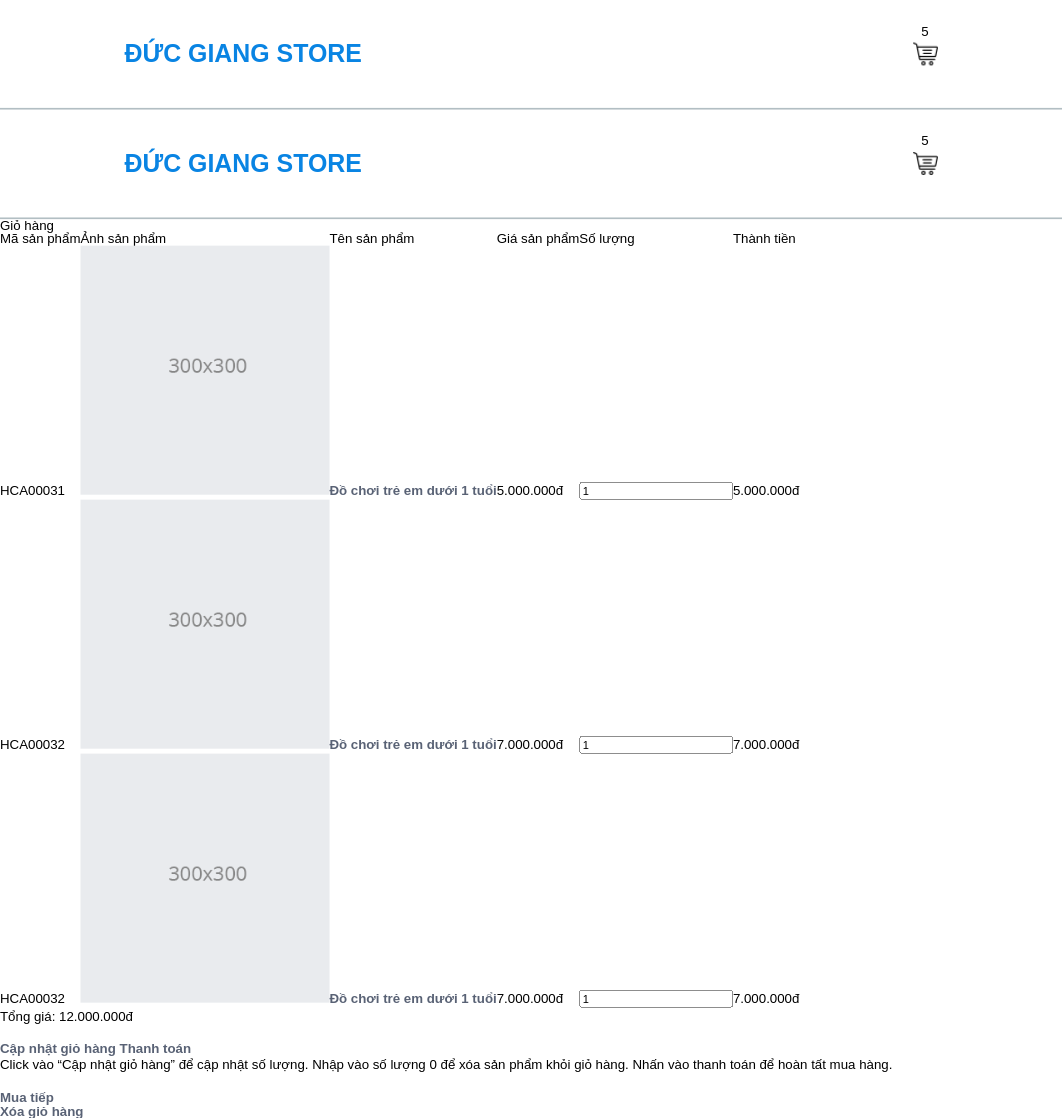
Repository: Giangattt123/PHP
Page: http://localhost/?mod=cart&act=show
The author's editor kept a copy of each file at every save. The page is drawn from the files as they stood at one save, then again after the next save.
The browser window is 1280 px wide. The pictures show the whole page, at 83% of full size.
Some icons come from a web library that is not loaded, so they are not drawn. Some web libraries are served in a nearby version. The page is run by PHP 8.4 with error messages shown; the project is at /var/www/html/.

Above is the page before, as saved 2023-03-21 15:22:15.
Console error: TypeError: Cannot read properties of null (reading 'addEventListener')

### PHP_Shopping-Cart/Shopping_Cart/index.php
<?php
    session_start();
    ob_start();
    require 'data/page.php';
    require 'data/product.php';
    require 'lib/template.php';
    require 'lib/product.php';
    require 'lib/number.php';
    require 'lib/reuse.php';
    require 'lib/pages.php';
    require 'lib/cart.php';

    get_header();
?>
<?php
    $mod = !empty($_GET['mod']) ? $_GET['mod'] : 'home';
    $act = !empty($_GET['act']) ? $_GET['act'] : 'main';
    $path = "modules/{$mod}/{$act}.php";
    if(file_exists($path)){
        require $path;
    }else{

    }
?>
<?php

?>

### PHP_Shopping-Cart/Shopping_Cart/data/page.php
<?php
// Data page
$list_page = array(
    1 => array(
        'id' => 1,
        'page-title' => 'Giới thiệu',
        'create_at' => '08/03/2023' , // timestamp
        'page-content' =>"<p><strong> [Giới thiệu] </strong> Chào mừng đến với trang web bán laptop, PC của ĐỨC GIANG PC! Tại đây, chúng tôi cung cấp cho bạn một loạt các sản phẩm laptop PC chất lượng cao từ các thương hiệu hàng đầu trên thị trường. Chúng tôi cam kết mang đến cho bạn những sản phẩm chất lượng, giá cả hợp lý và dịch vụ chăm sóc khách hàng tốt nhất. Bạn có thể tìm thấy các sản phẩm từ các thương hiệu như Dell, HP, Asus, Lenovo và nhiều hơn nữa. Hãy truy cập trang web của chúng tôi và mua sắm ngay hôm nay để có được chiếc laptop PC tốt nhất cho nhu cầu của bạn. Cảm ơn đã ghé thăm trang web của chúng tôi!</p>"
    ),
    2 => array(
        'id' => 2,
        'page-title' => 'Liên hệ',
        'create_at' => '08/03/2023' , // timestamp
        'page-content' =>"<p><strong> [Liên hệ] </strong> Chúng tôi rất mong nhận được sự phản hồi từ bạn! Nếu bạn có bất kỳ câu hỏi, yêu cầu hoặc góp ý nào, xin vui lòng liên hệ với chúng tôi thông qua trang liên hệ của ĐỨC GIANG PC. Chúng tôi sẵn sàng trợ giúp bạn trong mọi vấn đề liên quan đến sản phẩm. Bạn có thể liên hệ với chúng tôi qua email, điện thoại hoặc mẫu liên hệ trực tuyến. Chúng tôi luôn sẵn sàng lắng nghe và giải quyết mọi thắc mắc của bạn, liên tục cải thiện trang web của mình và cung cấp cho bạn trải nghiệm tốt nhất có thể. Chân thành cảm ơn bạn đã quan tâm đến trang web của ĐỨC GIANG PC và hy vọng sớm nhận được thông tin từ bạn!</p>",
    )
)
?>

### PHP_Shopping-Cart/Shopping_Cart/data/product.php
<?php
#Danh mục
$list_product_cat = array(
    1 => array(
        'id' => 1,
        'cat_title' => "Điện thoại",
    ),
    2 => array(
        'id' => 2,
        'cat_title' => "Laptop",
    ),
);
#Dữ liệu sản phẩm
$list_product = array(
    1 => array(
        'id' => 1,
        'product_title' =>  'iPhone 13 256GB',
        'price' => 19990000,
        'code' => 'UNI#1',
        'product_desc' => 'Apple thỏa mãn sự chờ đón của iFan và người dùng với sự ra mắt của iPhone 13.',
        'product_thumb' => 'https://img.tgdd.vn/imgt/f_webp,fit_outside,quality_100/https://cdn.tgdd.vn/Products/Images/42/250258/iphone-13-starlight-1-600x600.jpg',
        'product_content' => "<p>Bộ vi xử lý Apple A15 mới gia tăng tốc độ CPU tới 50% và GPU đồ họa nhanh hơn 30% so với các đối thủ cạnh tranh trong cùng phân khúc, giúp iPhone 13 thể hiện sức mạnh khả năng xử lý ấn tượng hơn, mượt mà trên mọi tác vụ.</p><p><img src='https://cdn.tgdd.vn/Products/Images/42/250258/iphone-13-256gb-2.jpg'></p>",
        'cat_id' => 1,
    ),
    2 => array(
        'id' => 2,
        'product_title' =>  'iPhone 14 256GB',
        'price' => 22990000,
        'code' => 'UNI#2',
        'product_desc' => 'Mới đây thì tại sự kiện ra mắt sản phẩm mới thường niên đến từ nhà Apple thì chiếc điện thoại iPhone 14 256GB cũng đã chính thức lộ diện',
        'product_thumb' => 'https://img.tgdd.vn/imgt/f_webp,fit_outside,quality_100/https://cdn.tgdd.vn/Products/Images/42/289663/iPhone-14-plus-thumb-den-600x600.jpg',
        'product_content' => "<p>Được hoàn thiện với những vật liệu cao cấp khi mặt lưng làm từ kính cùng bộ khung nhôm chắc chắn, điều này làm cho chiếc máy của bạn trở nên sang trọng và đẳng cấp hơn.</p><p><img src='https://cdn.tgdd.vn/Products/Images/42/289663/iphone-14-256gb-080922-035413.jpg'></p>",
        'cat_id' => 1,
    ),
    3 => array(
        'id' => 3,
        'product_title' =>  'OPPO A57 128GB' ,
        'price' => 4590000,
        'code' => 'UNI#3',
        'product_desc' => 'OPPO đã bổ sung thêm vào dòng sản phẩm OPPO A giá rẻ một thiết bị mới có tên OPPO A57 128GB.',
        'product_thumb' => 'https://img.tgdd.vn/imgt/f_webp,fit_outside,quality_100/https://cdn.tgdd.vn/Products/Images/42/285082/oppo-a57-den-thumb-600x600.jpeg',
        'product_content' => "<p>Khác với mẫu A57 5G đã được ra mắt trước đó, điện thoại dòng A mới có màn hình HD+, camera chính 13 MP và pin 5000 mAh.</p><p><img src='https://cdn.tgdd.vn/Products/Images/42/282090/oppo-a57-4g-2_1280x720.jpg'></p>",
        'cat_id' => 1,
    ),
    4 => array(
        'id' => 4,
        'product_title' =>  'MacBook Pro 13',
        'price' => 30490000,
        'code' => 'UNI#4',
        'product_desc' => 'Đặc điểm nổi bật của MacBook Pro 13" 2020 Touch Bar M1 512GB',
        'product_thumb' => 'https://images.fpt.shop/unsafe/fit-in/214x214/filters:quality(90):fill(white)/fptshop.com.vn/Uploads/Originals/2022/6/7/637901935364438149_macbook-pro-m2-2022-xam-dd.jpg',
        'product_content' => "<p> MacBook Pro M1 13 inch 2020 Touch Bar mới với bộ vi xử lý Apple M1 cho bạn hiệu suất và thời lượng pin tuyệt vời nhất từ trước đến nay, mang đến hiệu năng chuyên nghiệp để hoàn thành những công việc chuyên nghiệp.</p><p><img src='https://images.fpt.shop/unsafe/filters:quality(90)/fptshop.com.vn/Uploads/images/2015/Tin-Tuc/QuanLNH2/macbook-pro-13-m1-1.jpg'></p>",
        'cat_id' => 2,
    ),
    5 => array(
        'id' => 5,
        'product_title' =>  'MacBook Pro 14',
        'price' => 52490000,
        'code' => 'UNI#5',
        'product_desc' => 'Đặc điểm nổi bật của MacBook Pro 14 2023 M2 Pro 10CPU 16GPU 16GB/512GB',
        'product_thumb' => 'https://images.fpt.shop/unsafe/fit-in/240x215/filters:quality(90):fill(white)/fptshop.com.vn/Uploads/Originals/2023/1/18/638096308244034700_macbook-pro-14-2023-m2-pro-10cpu-16gpu-bac-dd.jpg',
        'product_content' => "<p>Phiên bản chuyên nghiệp dành cho những người chuyên nghiệp, MacBook Pro 2023 14 inch với chip M2 Pro đem lại nguồn sức mạnh ấn tượng và vượt xa thế hệ cũ.</p><p><img src='https://fptshop.com.vn/Uploads/images/2015/Tin-Tuc/DuyLe/Android/Gionee/Macbook-pro-14-2023-m2-pro-3.jpg'></p>",
        'cat_id' => 2,
    ),
    6 => array(
        'id' => 6,
        'product_title' =>  'MacBook Pro 15',
        'price' => 65490000,
        'code' => 'UNI#6',
        'product_desc' => 'Đặc điểm nổi bật của MacBook Pro 16" 2021 M1 Pro Ram 32GB',
        'product_thumb' => 'https://images.fpt.shop/unsafe/fit-in/240x215/filters:quality(90):fill(white)/fptshop.com.vn/Uploads/Originals/2021/10/20/637703174146015116_macbook-pro-16-2021-xam-dd.jpg',
        'product_content' => "<p>MacBook Pro 16 inch 2021 chính là dòng máy tính xách tay mạnh nhất thế giới hiện nay với sức mạnh tối thượng từ bộ vi xử lý M1 Pro.</p><p><img src='https://fptshop.com.vn/Uploads/images/2015/Tin-Tuc/QuanLNH2/macbook-pro-16-real-life-2.jpg'></p>",
        'cat_id' => 2,
    ),
);

### PHP_Shopping-Cart/Shopping_Cart/lib/template.php
<?php
function get_header($version = ''){
    if(!empty($version)){
        $path_header = "inc/header-{$version}.php";
    }else{
        $path_header = "inc/header.php";
    }
    if(file_exists($path_header)){
        require $path_header;
    }else{
        echo "Không tồn tại đường dẫn {$path_header}";
    }
}
function get_footer($version = ''){
    if(!empty($version)){
        $path_footer = "inc/footer-{$version}.php";
    }else{
        $path_footer = "inc/footer.php";
    }
    if(file_exists($path_footer)){
        require $path_footer;
    }else{
        echo "Không tồn tại đường dẫn {$path_footer}";
    }

}
function get_sidebar(){
    require 'inc/sidebar.php';
}
?>

### PHP_Shopping-Cart/Shopping_Cart/lib/product.php
<?php
    function get_info_cat($cat_id){
        global $list_product_cat;
        if(array_key_exists($cat_id , $list_product_cat)){
            return $list_product_cat[$cat_id];
        }
        return false;
    }
    function get_list_product_by_cat_id($cat_id){
        global $list_product;
        // Mảng chứa ds sp theo cat_id
        $result = array();
        foreach($list_product as $item){
            if($item['cat_id'] == $cat_id){
                $item['url'] = "?mod=product&act=detail&id={$item['id']}";
                $result[] = $item;
            }
        }
        return $result;
    }
    function get_product_by_id($id){
        global $list_product;
        if(array_key_exists($id , $list_product)){
            $list_product[$id]['url_add_cart'] = "?mod=cart&act=add&id={$id}";
            return $list_product[$id];
        }
        return false;
    }
?>

### PHP_Shopping-Cart/Shopping_Cart/lib/number.php
<?php
// Viết hàm chuyển đổi giá tiền của một sản phẩm về đúng định dạng
// Tự xây dựng hàm và sử dụng hàm có sẵn
// Ví dụ 10450000 => 10.450.000
// Build-in function : number_format(number)
// return number_format($number).' '."VND";
// Build
    function currency_format_1($amount){
        $formattedAmount = "";
        $count = 0;
        while($amount > 0) {
            if($count == 3) {
                $formattedAmount = "," . $formattedAmount;
                $count = 0;
            }
            $formattedAmount = chr($amount % 10 + ord('0')) . $formattedAmount;
            $amount =  floor($amount / 10);
            $count++;
        }
        return (int) $formattedAmount;
        // Giang_Pentest
    }
    function currency_format($number){
        return number_format($number).' '."VND";
    }
    //echo currency_format_1();
    // $x = 1500000;
    // echo var_dump($x);
    // $x = 1234;
    // echo var_dump($x);
    // $y = $x / 10;
    // echo $y;
    // echo var_dump($y);
    // function currency_format($number){
    //     return number_format($number).' '."VND";
    // }

?>

### PHP_Shopping-Cart/Shopping_Cart/lib/reuse.php
<?php
     function show_array($data){
        if(is_array($data)){
            echo "<pre>";
            print_r($data);
            echo "</pre>";
        }
    }
?>

### PHP_Shopping-Cart/Shopping_Cart/lib/pages.php
<?php
    function get_page_by_id($id){
        global $list_page;
        if(array_key_exists($id , $list_page)){
            return $list_page[$id];
        }
        return false;
    }

    // function show_array($data){
    //     if(is_array($data)){
    //         echo "<pre>";
    //         print_r($data);
    //         echo "</pre>";
    //     }
    //}
?>

### PHP_Shopping-Cart/Shopping_Cart/lib/cart.php
<?php
    function add_cart($id){
        $item = get_product_by_id($id);
        $qty = 1;
        if(isset($_SESSION['cart']['buy']) && array_key_exists($id , $_SESSION['cart']['buy'])){
            $qty = $_SESSION['cart']['buy'][$id]['qty'] + 1;
        }
        $_SESSION['cart']['buy'][$id] = array(
            'id' => $item['id'],
            'product_title' => $item['product_title'],
            'price' => $item['price'],
            'product_thumb' => $item['product_thumb'],
            'code' => $item['code'],
            'qty' => $qty,
            'sub_total' => ($item['price'] * $qty)
        );// Cập nhật hóa đơn
        // show_array($_SESSION['cart']);
        update_info_cart();
    }

    function update_info_cart(){
        # Thông tin tổng kết của đơn hàng
        $num_order = 0;
        $total = 0;
        foreach($_SESSION['cart']['buy'] as $item){
            $num_order += $item['qty'];
            $total += $item['sub_total'];
        }
        $_SESSION['cart']['info'] = array(
            'num_order' => $num_order,
            'total' => $total
        );
    }
?>

### PHP_Shopping-Cart/Shopping_Cart/inc/header.php
<!DOCTYPE html>
<html lang="en">

<head>
    <meta charset="UTF-8">
    <meta http-equiv="X-UA-Compatible" content="IE=edge">
    <meta name="viewport" content="width=device-width, initial-scale=1.0">
    <title>ĐỨC GIANG STORE</title>
    <link rel="stylesheet" href="public/css/reset.css">
    <link rel="stylesheet" href="public/css/style.css">
    <link rel="stylesheet" href="https://cdnjs.cloudflare.com/ajax/libs/font-awesome/6.3.0/css/all.min.css"
        integrity="sha512-SzlrxWUlpfuzQ+pcUCosxcglQRNAq/DZjVsC0lE40xsADsfeQoEypE+enwcOiGjk/bSuGGKHEyjSoQ1zVisanQ=="
        crossorigin="anonymous" referrerpolicy="no-referrer" />
    <script src="public/js/main.js"></script>
</head>

<body>
    <div class="wrapper">
        <div class="wrapper-content">
            <div class="header">
                <div class="header-content">
                    <div class="item-left">
                        <a href="" class="logo">ĐỨC GIANG STORE</a>
                    </div>
                    <div class="item-right">
                        <div class="cart">
                            <a href="?mod=cart&act=show" class="cart-icon">
                                <img src="public/images/icon-cart.png" alt="Icon_Cart" class="icon-image">
                            </a>
                            <span class="cart-number">5</span>
                        </div>
                    </div>
                </div>
            </div>
            <!-- end header -->

### PHP_Shopping-Cart/Shopping_Cart/modules/cart/show.php
<!-- # File xử lí => Xem chi tiết sản phẩm -->
<?php
    get_header();
?>
<div id="main-content-wp" class="cart-page">
    <div class="section" id="breadcrumb-wp">
        <div class="wp-inner">
            <div class="section-detail">
                <h3 class="title">Giỏ hàng</h3>
            </div>
        </div>
    </div>
    <div id="wrapper" class="wp-inner clearfix">
        <div class="section" id="info-cart-wp">
            <div class="section-detail table-responsive">
                <table class="table">
                    <thead>
                        <tr>
                            <td>Mã sản phẩm</td>
                            <td>Ảnh sản phẩm</td>
                            <td>Tên sản phẩm</td>
                            <td>Giá sản phẩm</td>
                            <td>Số lượng</td>
                            <td colspan="2">Thành tiền</td>
                        </tr>
                    </thead>
                    <tbody>
                        <tr>
                            <td>HCA00031</td>
                            <td>
                                <a href="" title="" class="thumb">
                                    <img src="public/images/img-product.png" alt="">
                                </a>
                            </td>
                            <td>
                                <a href="" title="" class="name-product">Đồ chơi trẻ em dưới 1 tuổi</a>
                            </td>
                            <td>5.000.000đ</td>
                            <td>
                                <input type="text" name="num-order" value="1" class="num-order">
                            </td>
                            <td>5.000.000đ</td>
                            <td>
                                <a href="" title="" class="del-product"><i class="fa fa-trash-o"></i></a>
                            </td>
                        </tr>
                        <tr>
                            <td>HCA00032</td>
                            <td>
                                <a href="" title="" class="thumb">
                                    <img src="public/images/img-product.png" alt="">
                                </a>
                            </td>
                            <td>
                                <a href="" title="" class="name-product">Đồ chơi trẻ em dưới 1 tuổi</a>
                            </td>
                            <td>7.000.000đ</td>
                            <td>
                                <input type="text" name="num-order" value="1" class="num-order">
                            </td>
                            <td>7.000.000đ</td>
                            <td>
                                <a href="" title="" class="del-product"><i class="fa fa-trash-o"></i></a>
                            </td>
                        </tr>
                        <tr>
                            <td>HCA00032</td>
                            <td>
                                <a href="" title="" class="thumb">
                                    <img src="public/images/img-product.png" alt="">
                                </a>
                            </td>
                            <td>
                                <a href="" title="" class="name-product">Đồ chơi trẻ em dưới 1 tuổi</a>
                            </td>
                            <td>7.000.000đ</td>
                            <td>
                                <input type="text" name="num-order" value="1" class="num-order">
                            </td>
                            <td>7.000.000đ</td>
                            <td>
                                <a href="" title="" class="del-product"><i class="fa fa-trash-o"></i></a>
                            </td>
                        </tr>
                    </tbody>
                    <tfoot>
                        <tr>
                            <td colspan="7">
                                <div class="clearfix">
                                    <p id="total-price" class="fl-right">Tổng giá: <span>12.000.000đ</span></p>
                                </div>
                            </td>
                        </tr>
                        <tr>
                            <td colspan="7">
                                <div class="clearfix">
                                    <div class="fl-right">
                                        <a href="" title="" id="update-cart">Cập nhật giỏ hàng</a>
                                        <a href="?page=checkout" title="" id="checkout-cart">Thanh toán</a>
                                    </div>
                                </div>
                            </td>
                        </tr>
                    </tfoot>
                </table>
            </div>
        </div>
        <div class="section" id="action-cart-wp">
            <div class="section-detail">
                <p class="title">Click vào <span>“Cập nhật giỏ hàng”</span> để cập nhật số lượng. Nhập vào số lượng
                    <span>0</span> để xóa sản phẩm khỏi giỏ hàng. Nhấn vào thanh toán để hoàn tất mua hàng.
                </p>
                <a href="?page=home" title="" id="buy-more">Mua tiếp</a><br />
                <a href="" title="" id="delete-cart">Xóa giỏ hàng</a>
            </div>
        </div>
    </div>
</div>
<?php
    get_footer();
?>

### PHP_Shopping-Cart/Shopping_Cart/inc/footer.php
<div class="footer">

</div>
<!-- end footer -->
</div>
</div>


</body>

</html>

### PHP_Shopping-Cart/Shopping_Cart/public/css/style.css
* {
  box-sizing: border-box;
}
html {
  font-size: 62.5%;
}
body {
  font-family: "Poppins", sans-serif;
  font-size: 1.6rem;
  font-weight: normal;
}
img {
  display: block;
  max-width: 100%;
}
.header-content {
  display: flex;
  justify-content: space-between;
  margin-left: 150px;
  margin-right: 150px;
  padding: 50px 0px;
  /* border-bottom: 1px solid #f00; */
}
.item-left .logo {
  font-size: 3rem;
  color: #0984e3;
  font-weight: bold;
}
.cart {
  position: relative;
  display: flex;
  align-items: center;
}
.cart .cart-icon .icon-image {
  width: 30px;
  height: 30px;
}
.cart .cart-number {
  position: absolute;
  top: -20px;
  left: 10px;
}
.header {
  border-bottom: 2px solid #b2bec3;
}
.content-container {
  display: flex;
}
.menu-select {
  width: 18%;
  margin-left: 150px;
  font-size: 2rem;
  /* margin-top: 30px; */
  border-right: 2px solid #b2bec3;
  min-height: 100%;
}
.menu-content {
  width: 80%;
  margin-top: 30px;
  margin-left: 30px;
  margin-right: 150px;
}
.menu-select ul.menu li:not(:first-child) {
  margin-top: 15px;
  color: #0984e3;
}
.menu {
  margin-top: 30px;
}
a {
  color: #596275;
  font-weight: bold;
}
a.active:active,
a.active:focus {
  color: plum;
}
h3.section-title {
  font-size: 2rem;
  font-weight: bold;
  margin-bottom: 20px;
}
p.create-date {
  margin-bottom: 20px;
}
.contents-news {
  line-height: 1.4;
}
p,
p.section-desc,
p.price,
p.code,
p.desc_product {
  margin-bottom: 20px;
  line-height: 1.4;
}
ul.clearfix {
  display: flex;
}
li.fix {
  margin-right: 20px;
}
a.title_product {
  margin-top: 20px;
  display: block;
}
p.price {
  margin-top: 20px;
  color: #d63031;
}
.detail_product_head {
  display: flex;
}
p.code,
p.desc_product {
  font-weight: bold;
  font-size: 1.5rem;
}
.button {
  --color: #6a5af9;
  font-family: "Poppins", sans-serif;
  color: #000;
  padding: 15px 30px;
  border-radius: 4px;
  /* background-color: transparent; */
  cursor: pointer;
  font-weight: 500;
  outline: none;
  border: 1px solid var(--color);
  font-size: 16px;
  position: relative;
  isolation: isolate;
}

.button:before {
  content: "";
  height: 100%;
  width: 0;
  position: absolute;
  top: 0;
  left: 0;
  background-color: var(--color);
  z-index: -1;
  transition: width 0.25s ease-in;
}

.button:hover:before {
  width: 100%;
}

### PHP_Shopping-Cart/Shopping_Cart/public/js/main.js
function toggleActive(selected) {
  let cards = document.querySelectorAll(".cards");
  for (let i = 0; i < cards.length; i++) {
    cards[i].classList.remove("active");
  }
  selected.classList.add("active");
}
const toggle = document.querySelector(".menu-toggle");
const menu = document.querySelector(".menu");
toggle.addEventListener("click", handelToggleMenu);
function handelToggleMenu(event) {
  event.target.classList.toggle("fa-times");
  event.target.classList.toggle("fa-bars");
  menu.classList.toggle("menu-is_show");
}
document.addEventListener("click", handleClickOutMenu);
function handleClickOutMenu(event) {
  if (!menu.contains(event.target) && !event.target.matches(".menu-toggle")) {
    menu.classList.remove("menu-is_show");
    toggle.classList.remove("fa-times");
    toggle.classList.add("fa-bars");
  }
}
const tabItems = document.querySelectorAll(".tab-item");
[...tabItems].forEach((item) => item.addEventListener("click", handleTabClick));
function handleTabClick(event) {
  console.log(event.target);
  [...tabItems].forEach((item) => item.classList.remove("active"));
  event.target.classList.add("active");
  const tabNumBer = event.target.dataset.tab;
}

Loaded but not shown: PHP_Shopping-Cart/Shopping_Cart/public/css/reset.css (common file)

After the next save:
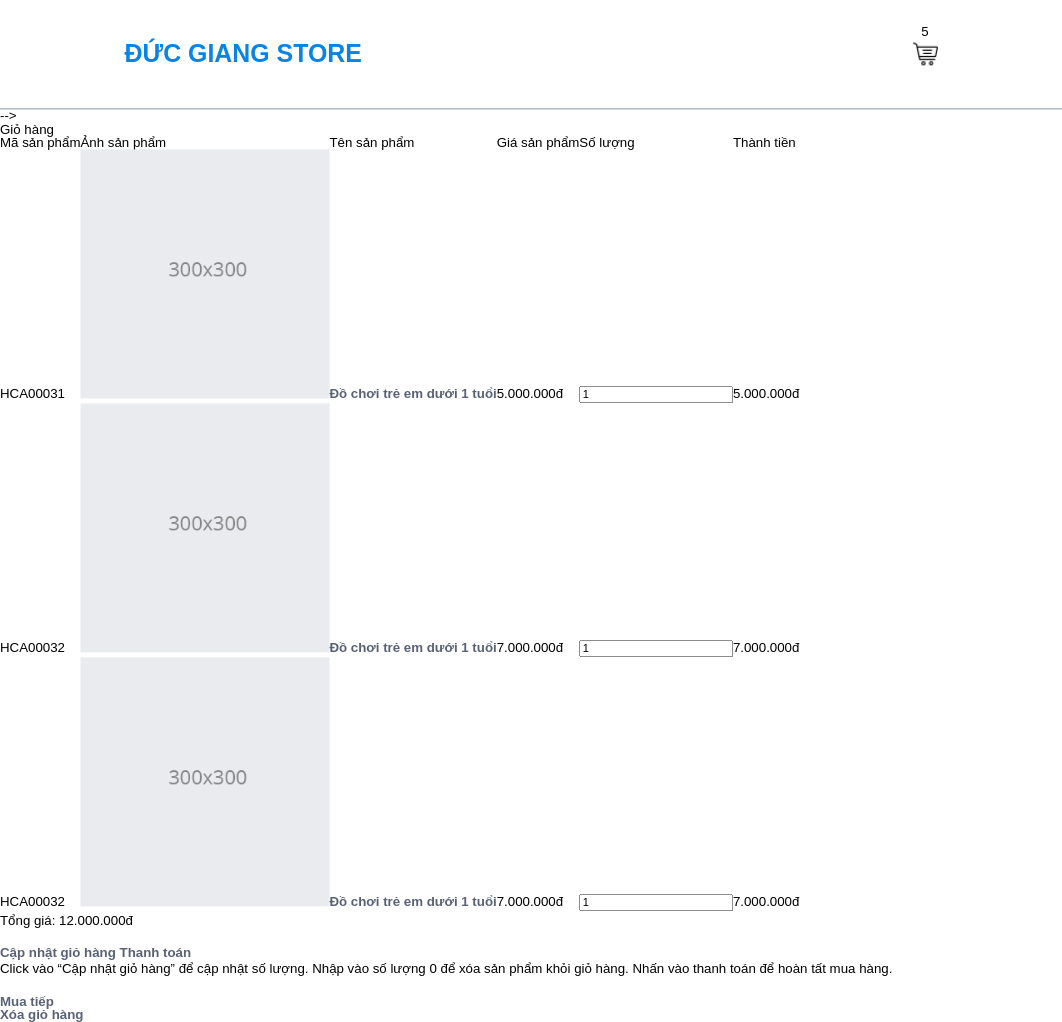
Saved 35 s later.
--- a/PHP_Shopping-Cart/Shopping_Cart/modules/cart/show.php
+++ b/PHP_Shopping-Cart/Shopping_Cart/modules/cart/show.php
@@ -1,7 +1,7 @@
 <!-- # File xử lí => Xem chi tiết sản phẩm -->
-<?php
+<!-- <?php
     get_header();
-?>
+?> -->
 <div id="main-content-wp" class="cart-page">
     <div class="section" id="breadcrumb-wp">
         <div class="wp-inner">
